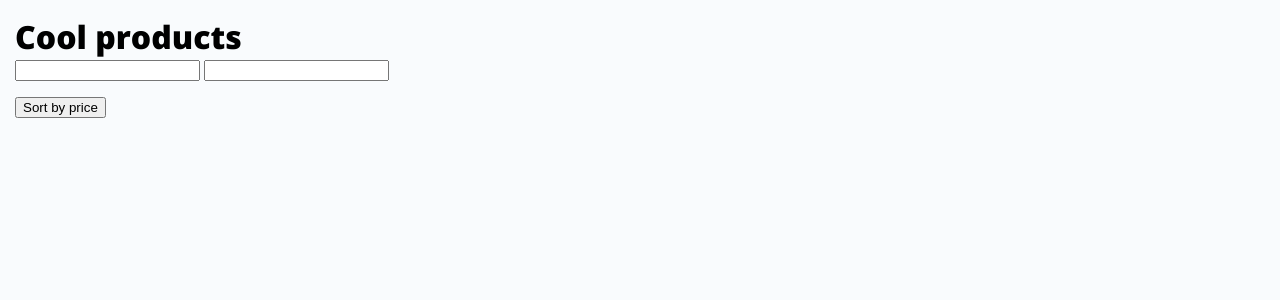
Repository: andrii1/hyf-homework
Page: javascript/javascript2/week2/hyf-bay/index.html
The author's editor kept a copy of each file at every save. The page is drawn from the files as they stood at one save, then again after the next save.
The browser window is 1280 px wide. The pictures show the whole page.

Above is the page before, as saved 2022-07-03 15:53:48.

### javascript/javascript2/week2/hyf-bay/index.html
<head>
  <title>HyfBay</title>
  <meta name="viewport" content="width=device-width, initial-scale=1" />
  <link rel="stylesheet" type="text/css" href="main.css" />
  <link
    href="https://fonts.googleapis.com/css?family=Open+Sans:400,800"
    rel="stylesheet"
  />
</head>

<body>
  <main>
    <h1>Cool products</h1>
    <form action="#" class="form">
      <input type="text" id="search" /> <input type="text" id="maximumPrice" />
    </form>
    <button id="price-sort">Sort by price</button>
    <ul id="list"></ul>
  </main>
  <script src="hyfBayHelpers.js"></script>
  <script src="main.js"></script>
</body>

### javascript/javascript2/week2/hyf-bay/main.css
body {
    font-family: "Open Sans", sans-serif;
    background-color: #F9FBFD;
}

* {
    box-sizing: border-box;
}

body, h1, h2 {
    margin: 0;
}

ul {
    list-style-type: none;
    margin: 0;
    padding: 10;
}

main {padding:15}

### javascript/javascript2/week2/hyf-bay/hyfBayHelpers.js
/* DONT MODIFY ANY OF THIS CODE!!!*/

window.getAvailableProducts = function () {
  function getRandomInt(min, max) {
    min = Math.ceil(min);
    max = Math.floor(max);
    return Math.floor(Math.random() * (max - min + 1)) + min;
  }

  function getRandomItem(availableProductNames) {
    return availableProductNames[
      getRandomInt(0, availableProductNames.length - 1)
    ];
  }

  function getRandomProductname() {
    const preWords = [
      "Used",
      "Fantastic",
      '"Used"',
      "Broken",
      "Beautiful",
      "Wet",
      "Green",
      "Sloppy",
      "Dirty",
    ];
    const productNames = [
      "Carrot",
      "Drone",
      "Giftcard",
      "Puppy",
      "Car",
      "Shirt",
      "Milk",
      "Chalk",
      "Fish fingers",
      "Socks",
      "Chocolate",
      "Toothbrush",
      "Computer",
      "Nokia",
      "Cologne",
    ];

    let chosenProductName = getRandomItem(productNames);
    const shouldHavePreWord = getRandomInt(0, 10) > 6;

    if (shouldHavePreWord) {
      const preWord = preWords[getRandomInt(0, preWords.length - 1)];
      chosenProductName = `${preWord} ${chosenProductName}`;
    }

    return chosenProductName;
  }

  const numberOfAvailableProducts = getRandomInt(0, 30);
  const availableProducts = Array.apply(
    null,
    Array(numberOfAvailableProducts)
  ).map(() => {
    const name = getRandomProductname();
    return {
      id: `${name}${getRandomInt(0, 100000)}`,
      name,
      price: getRandomInt(0, 10000),
      rating: getRandomInt(1, 10),
    };
  });

  return availableProducts;
};

### javascript/javascript2/week2/hyf-bay/main.js
console.log("Script loaded");
const products = getAvailableProducts();
console.log(products);
const searchInput = document.getElementById("search");
const maximumPriceInput = document.getElementById("maximumPrice");
const buttonSortPrice = document.getElementById("price-sort");
searchInput.addEventListener("input", filterProducts);
maximumPriceInput.addEventListener("input", filterProductsByPrice);
buttonSortPrice.addEventListener("click", sortProductsByPrice);
function filterProducts(event) {
  const filteredProducts = products.filter((product) =>
    product.name.toLowerCase().includes(event.target.value)
  );
  renderProducts(filteredProducts);
}

function filterProductsByPrice(event) {
  const filteredProducts = products.filter(
    (product) => product.price < event.target.value
  );
  renderProducts(filteredProducts);
}
let clickCount = 0;
function sortProductsByPrice() {
  if (clickCount % 2 == 0) {
    const sortedProducts = products.sort((a, b) => a.price - b.price);
    renderProducts(sortedProducts);
  } else {
    const sortedProducts = products.sort((a, b) => b.price - a.price);
    renderProducts(sortedProducts);
  }

  clickCount++;
}

const list = document.querySelector("#list");

function renderProducts(products) {
  // your code here
  list.innerHTML = "";
  for (let i = 0; i < products.length; i++) {
    const listItem = document.createElement("li");
    const name = document.createElement("h2");
    const price = document.createElement("p");
    const rating = document.createElement("p");
    name.innerHTML = products[i].name;
    price.innerHTML = `price: ${products[i].price}`;
    rating.innerHTML = `rating: ${products[i].rating}`;
    list.appendChild(listItem);
    list.appendChild(name);
    list.appendChild(price);
    list.appendChild(rating);
  }
}

//renderProducts(products); // This should create the ul and the li's with the individual products details

After the next save:
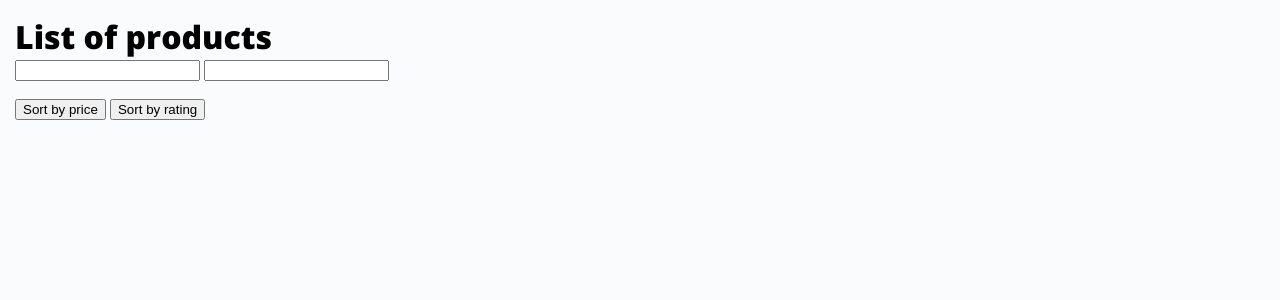
Saved 2 days later.
--- a/javascript/javascript2/week2/hyf-bay/index.html
+++ b/javascript/javascript2/week2/hyf-bay/index.html
@@ -10,11 +10,12 @@
 
 <body>
   <main>
-    <h1>Cool products</h1>
+    <h1>List of products</h1>
     <form action="#" class="form">
       <input type="text" id="search" /> <input type="text" id="maximumPrice" />
     </form>
     <button id="price-sort">Sort by price</button>
+    <button id="price-sort">Sort by rating</button>
     <ul id="list"></ul>
   </main>
   <script src="hyfBayHelpers.js"></script>
